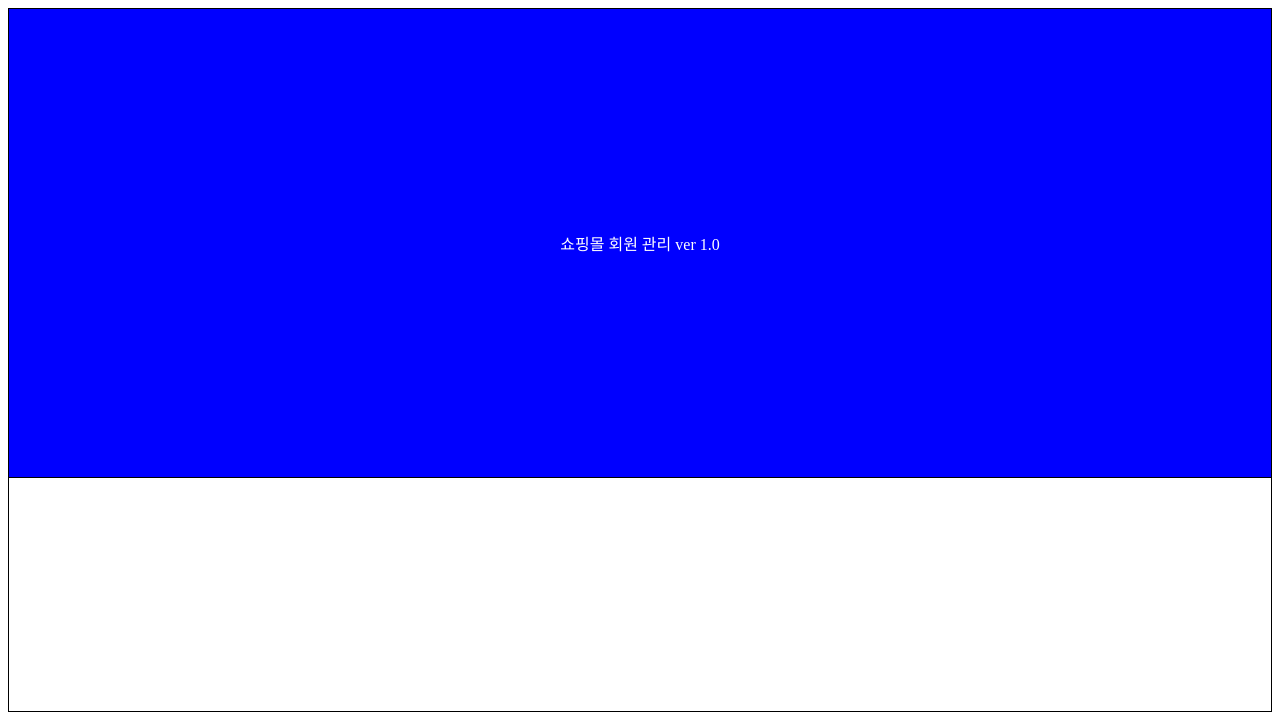
Repository: choigobin/Programming
Page: http://localhost/HRD1118/
The author's editor kept a copy of each file at every save. The page is drawn from the files as they stood at one save, then again after the next save.
The browser window is 1280 px wide. The pictures show the whole page.
The page is served by Tomcat 9. Other server files are loaded and not shown.

Above is the page before, as saved 2019-11-18 02:44:02.

### YangJung/workspace/HRD1118/WebContent/index.jsp
<%@ page language="java" contentType="text/html; charset=UTF-8"
    pageEncoding="UTF-8"%>
<html>
<head>
<style>
table {
	height: 100%; width:100%;
	border-collapse: collapse;
	}
tr,td{
	border: solid black 1px;
	}
</style>
<meta charset="UTF-8">
<title>Insert title here</title>
</head>
<body>
<table height: 100%; width:100%;>
<jsp:include page="header.jsp"/>
<jsp:include page="nav.jsp"/>
</table>
</body>
</html>

### YangJung/workspace/HRD1118/WebContent/header.jsp
<%@ page language="java" contentType="text/html; charset=UTF-8"
    pageEncoding="UTF-8"%>
<tr height="10%">
<td bgcolor="blue" align="center">
<span style="color: white; font-size:'20px';">쇼핑몰 회원 관리 ver 1.0</span>
</td>
</tr>

### YangJung/workspace/HRD1118/WebContent/nav.jsp
<%@ page language="java" contentType="text/html; charset=UTF-8"
    pageEncoding="UTF-8"%>
<tr height="5%">
<td>

</td>
</tr>

After the next save:
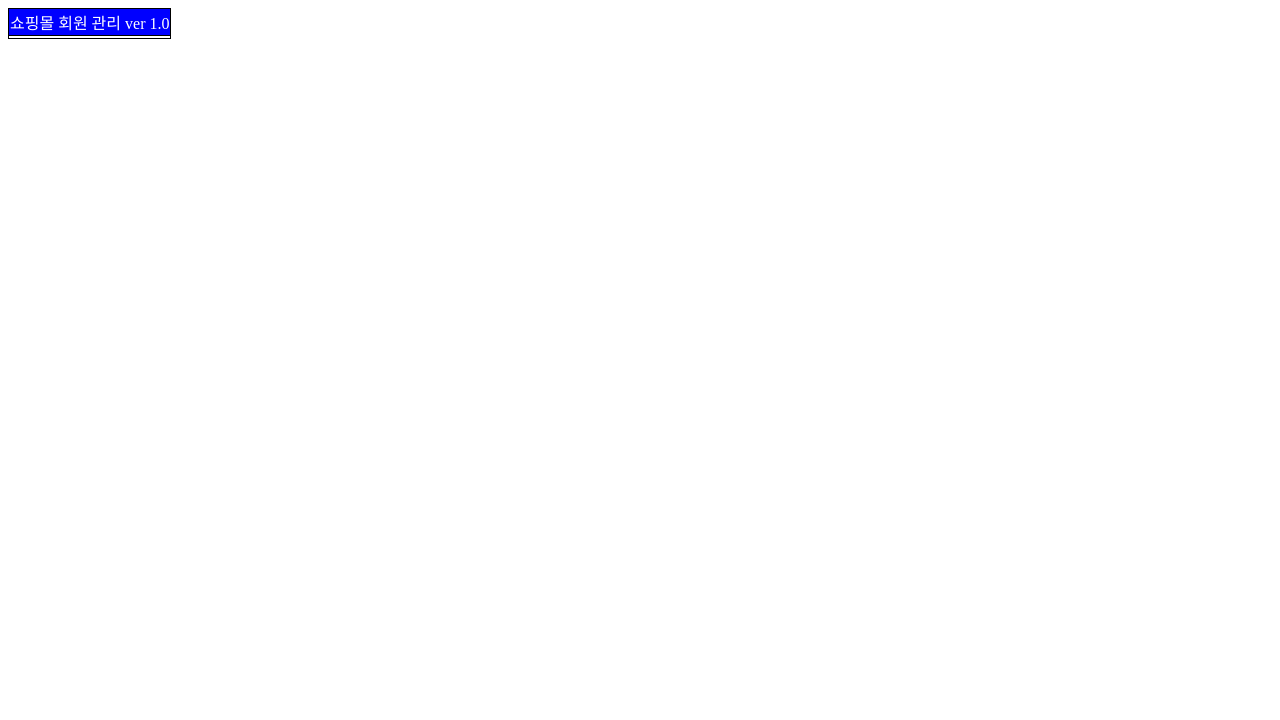
Saved 4 s later.
--- a/YangJung/workspace/HRD1118/WebContent/index.jsp
+++ b/YangJung/workspace/HRD1118/WebContent/index.jsp
@@ -4,7 +4,7 @@
 <head>
 <style>
 table {
-	height: 100%; width:100%;
+
 	border-collapse: collapse;
 	}
 tr,td{

After the save that followed:
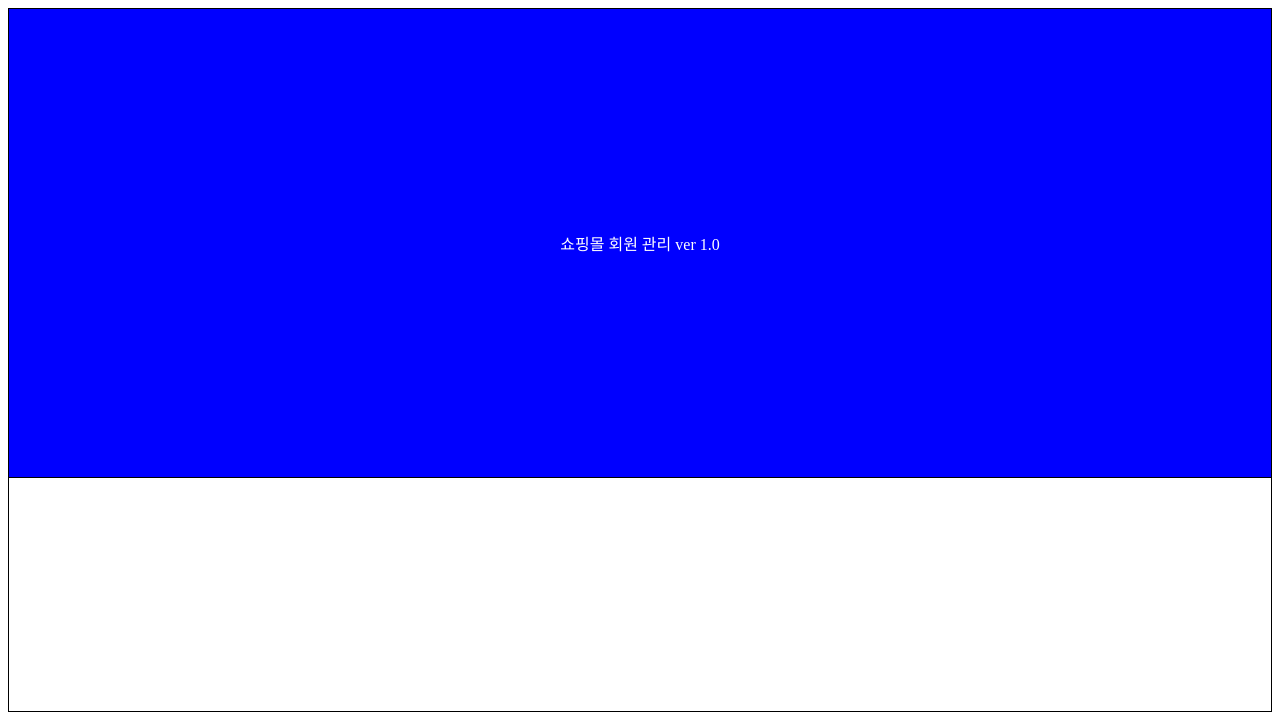
Saved 28 s later.
--- a/YangJung/workspace/HRD1118/WebContent/index.jsp
+++ b/YangJung/workspace/HRD1118/WebContent/index.jsp
@@ -15,7 +15,7 @@ tr,td{
 <title>Insert title here</title>
 </head>
 <body>
-<table height: 100%; width:100%;>
+<table height= 100%; width=100%;>
 <jsp:include page="header.jsp"/>
 <jsp:include page="nav.jsp"/>
 </table>
